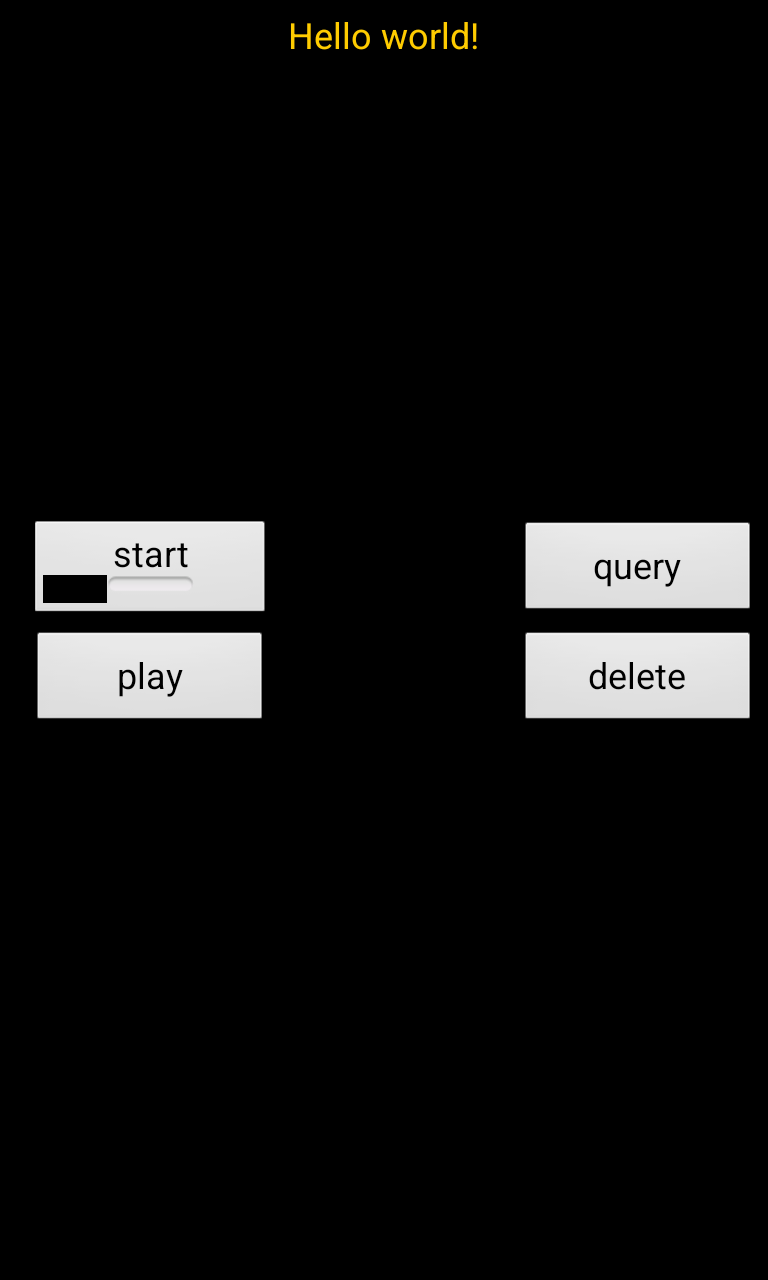
Repository: FreyrChen/tucan_Linux_practice
Layout: 4_Android_program/MusicIdentify/res/layout/activity_main.xml
The author's editor kept a copy of each file at every save. The layout is drawn from the files as they stood at one save, then again after the next save.
It is drawn on a 768 x 1280 px phone screen (xhdpi) without system bars, with theme AppTheme; the app's code is not run.

Above is the layout before, as saved 2013-05-30 09:02:49.

### 4_Android_program/MusicIdentify/res/layout/activity_main.xml
<RelativeLayout xmlns:android="http://schemas.android.com/apk/res/android"
    xmlns:tools="http://schemas.android.com/tools"
    android:layout_width="match_parent"
    android:layout_height="match_parent"
    android:padding="10px"
    android:background="#000000"
    tools:context=".MainActivity" >

    <TextView
        android:id="@+id/info_text"
        android:layout_width="wrap_content"
        android:layout_height="250dp"
        android:layout_centerHorizontal="true"
        android:textSize="18sp"
        android:text="@string/hello_world"
        android:background="#00FF0000"
	    android:textColor="#FFCC00"
    />

     <ToggleButton
		android:id="@+id/start_button"
		android:textOn="@string/stop"
		android:textOff="@string/start"
		android:textSize="18sp"
	 	android:layout_width="120dp"
	 	android:layout_height="50dp"
	    android:layout_alignParentLeft="true"
	    android:layout_marginTop="5dp"
	    android:layout_marginLeft="10dp"
	    android:layout_below="@+id/info_text"
 	/>

    <Button
	 	android:id="@+id/query_button"
	 	android:layout_width="120dp"
	 	android:layout_height="50dp"
	 	android:textSize="18sp"
	 	android:text="@string/query"
	    android:layout_marginTop="5dp"
	    android:layout_marginLeft="10dp"
	    android:layout_alignParentRight="true"
	    android:layout_below="@+id/info_text"
 	/>

    <Button
	 	android:id="@+id/play_button"
		android:text="@string/play"
		android:textSize="18sp"
	 	android:layout_width="120dp"
	 	android:layout_height="50dp"
	    android:layout_alignParentLeft="true"
	    android:layout_marginTop="5dp"
	    android:layout_marginLeft="10dp"
	    android:layout_below="@+id/start_button"
 	/>


    <Button
	 	android:id="@+id/delete_button"
	 	android:layout_width="120dp"
	 	android:layout_height="50dp"
	 	android:textSize="18sp"
	 	android:text="@string/delete"
	    android:layout_marginTop="5dp"
	    android:layout_marginLeft="10dp"
	    android:layout_alignParentRight="true"
	    android:layout_below="@+id/query_button"
 	/>





</RelativeLayout>

### 4_Android_program/MusicIdentify/res/values/strings.xml
<?xml version="1.0" encoding="utf-8"?>
<resources>

    <string name="app_name">MusicIdentify</string>
    <string name="hello_world">Hello world!</string>
    <string name="menu_settings">Settings</string>
    <string name="start">start</string>
    <string name="stop">stop</string>
    <string name="play">play</string>
    <string name="query">query</string>
    <string name="delete">delete</string>


</resources>

Loaded but not shown: 4_Android_program/MusicIdentify/res/values/styles.xml (common file)

After the next save:
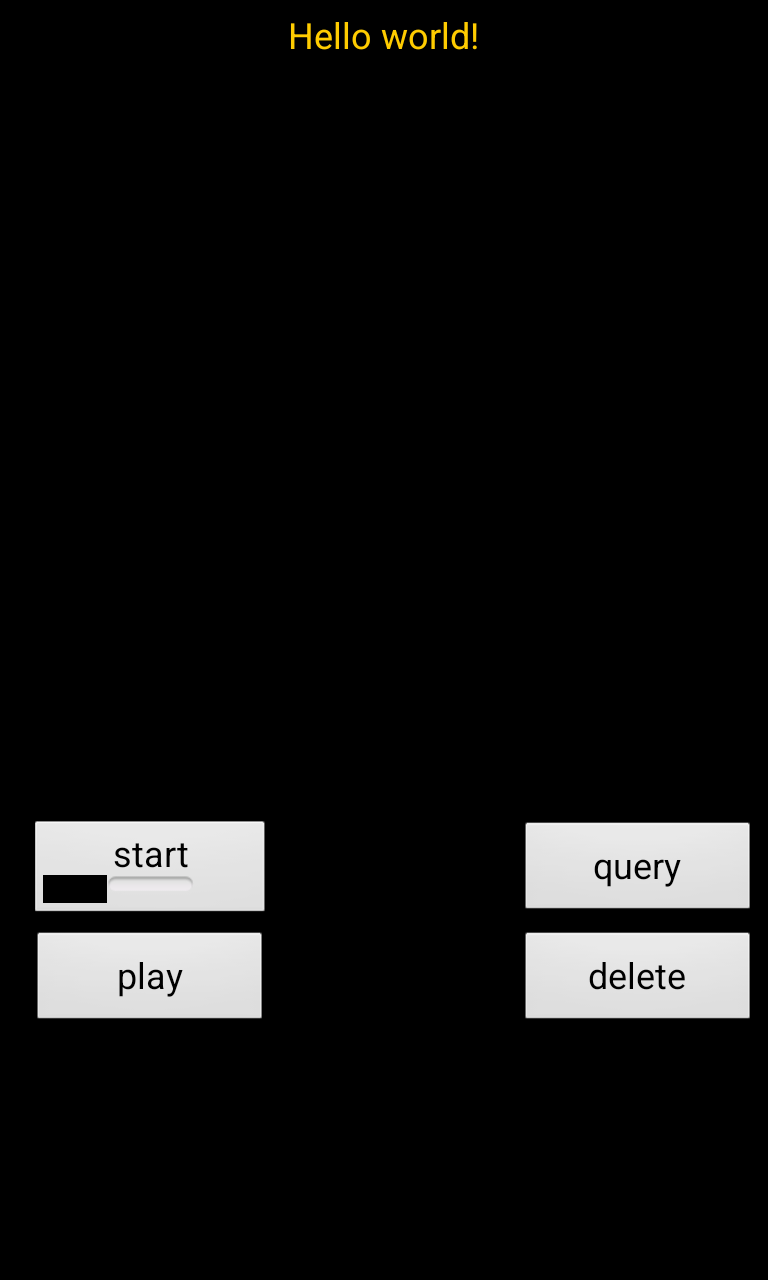
Saved 37 s later.
--- a/4_Android_program/MusicIdentify/res/layout/activity_main.xml
+++ b/4_Android_program/MusicIdentify/res/layout/activity_main.xml
@@ -9,7 +9,7 @@
     <TextView
         android:id="@+id/info_text"
         android:layout_width="wrap_content"
-        android:layout_height="250dp"
+        android:layout_height="400dp"
         android:layout_centerHorizontal="true"
         android:textSize="18sp"
         android:text="@string/hello_world"
